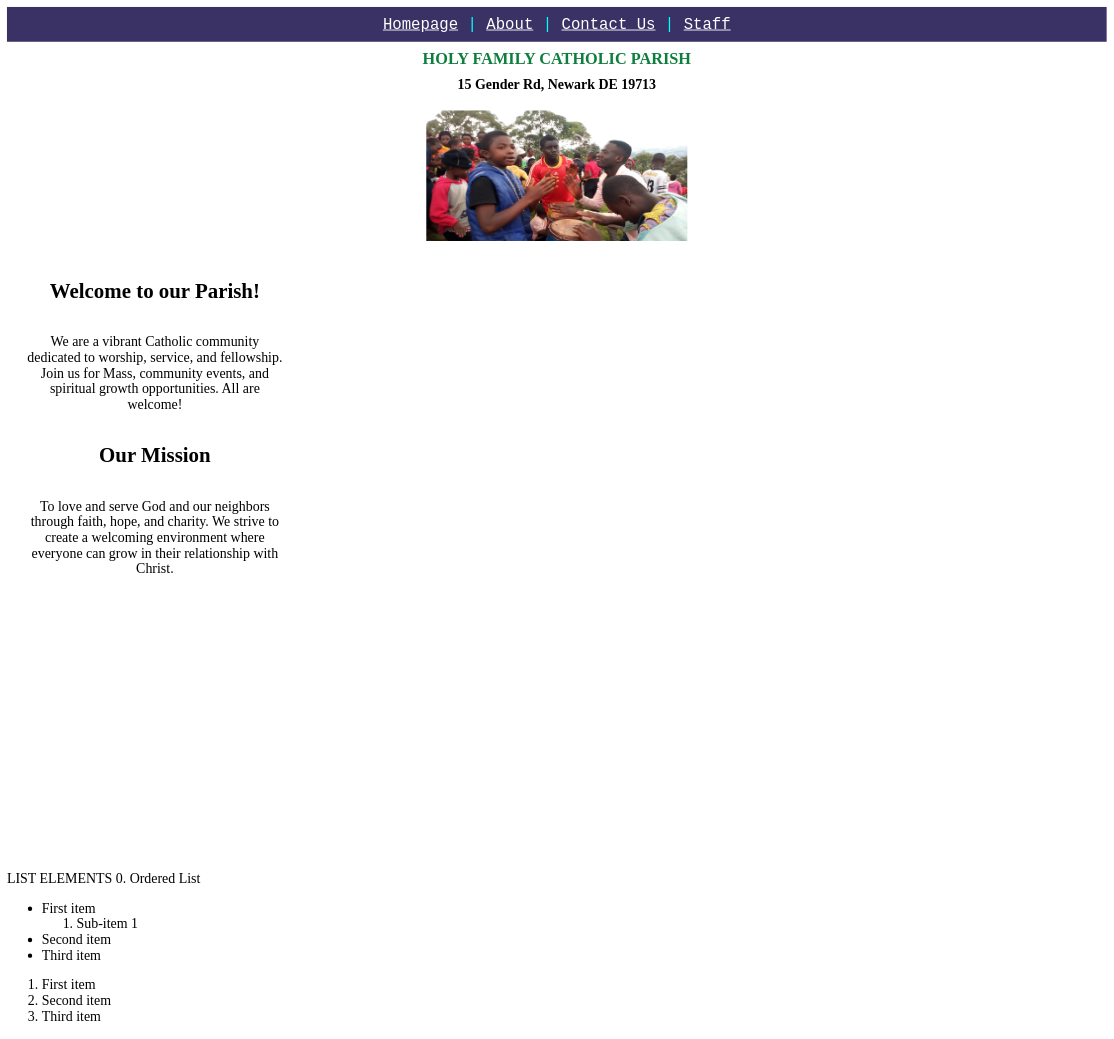
Repository: ficotims/HTML-RESTART
Page: Homepage.html
The author's editor kept a copy of each file at every save. The page is drawn from the files as they stood at one save, then again after the next save.
The browser window is 1280 px wide. The pictures show the whole page, at 87% of full size.

Above is the page before, as saved 2026-02-10 17:54:36.

### Homepage.html
<!doctype html>
<html lang="en">
  <head>
    <meta charset="UTF-8" />
    <meta name="viewport" content="width=device-width, initial-scale=1.0" />
    <title>HTML Crash course with Iman Musa</title>
    <link rel="stylesheet" href="Style 1.css"/>
  </head>
  <body>

    <!-- NAVIGATION SECTION -->
        <div style="background-color: rgb(58, 49, 100); padding: 10px; text-align: center; color: aqua; font-size: 18px; font-family: monospace, Lemon milk;">
    <a href="Homepage.html" target="_top" style="color: white;">Homepage</a> |
    <a href="about.html" style="color: white;">About</a> | <a href="Contact us.html" style="color: white;">Contact Us</a> |
    <a href="staff.html" style="color: white;">Staff</a>
     </div>

 <div style="text-align: center;">
    <h3><span style="color: rgb(14, 126, 61);"><div style="line-height: 0;">HOLY FAMILY CATHOLIC PARISH</b></span></h3>
    <H4>15 Gender Rd, Newark DE 19713</H4>
    <img
        src="images/Acension.jpg"
        alt="Catholic Church Logo"
        width="300"
        height="150"
      />
      </div>

      <div class="container">
        <div class="profile-box">
          <h2>Welcome to our Parish!</h2>
          <p>
            We are a vibrant Catholic community dedicated to worship, service, and fellowship. Join us for Mass, community events, and spiritual growth opportunities. All are welcome!
          </p>
          <h2>Our Mission</h2>
          <p>
            To love and serve God and our neighbors through faith, hope, and charity. We strive to create a welcoming environment where everyone can grow in their relationship with Christ.
          </p>
        </div>
      </div>

    <!-- this is LIST -->
<hi2>LIST ELEMENTS</h2>

    0. Ordered List

    <ul>
      <li>First item</li>
      <ol><li>Sub-item 1</li></ol>
      <li>Second item</li>
      <li>Third item</li>
    </ul>

    <ol>
      <li>First item</li>
      <li>Second item</li>
      <li>Third item</li>
    </ol>
  </body>
</html>

### Style 1.css
.body1 {
    color: rgb(255, 249, 249);
    background-color: rgb(92, 113, 206);
    border-radius: 50px;
    font-size: 25px;
}

.flyout {
    border: none;
    background-color: lightgreen;
    color: rgb(0, 0, 0);
    padding: 20px;
    margin: 15px;
    height: 250px;
    width: 200px;
}

{
    margin: 0px;
    padding: px;
    box-sizing: border-box;
    font-family: Arial, Helvetica, sans-serif;
}

.container {
    width: 100%;
    height: 100vh;
    background-image: src="image/background.jpg";

.profile-box {
    background-color: rgb(255, 255, 255);
    text-align: center;
    border-radius: 50px;
    padding: 20px;
    width: 300px;
    height: 400px;
    display: flex;
    flex-direction: column;
    align-items: center;
}

After the next save:
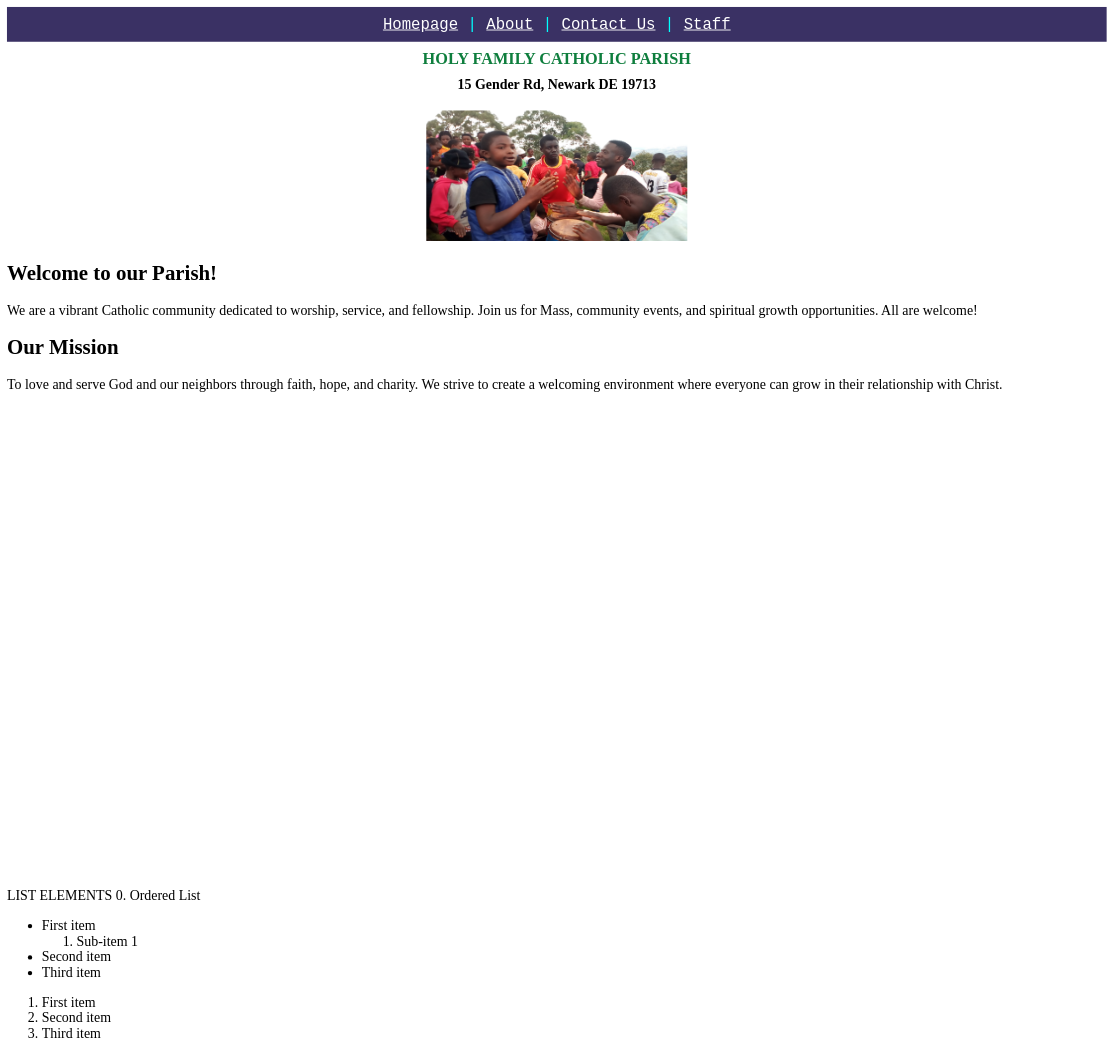
Saved 52 s later.
--- a/Style 1.css
+++ b/Style 1.css
@@ -25,7 +25,9 @@
 .container {
     width: 100%;
     height: 100vh;
-    background-image: src="image/background.jpg";
+    background-image: img
+        src="images/Acension.jpg"
+        alt="Catholic Church Logo"
 
 .profile-box {
     background-color: rgb(255, 255, 255);
